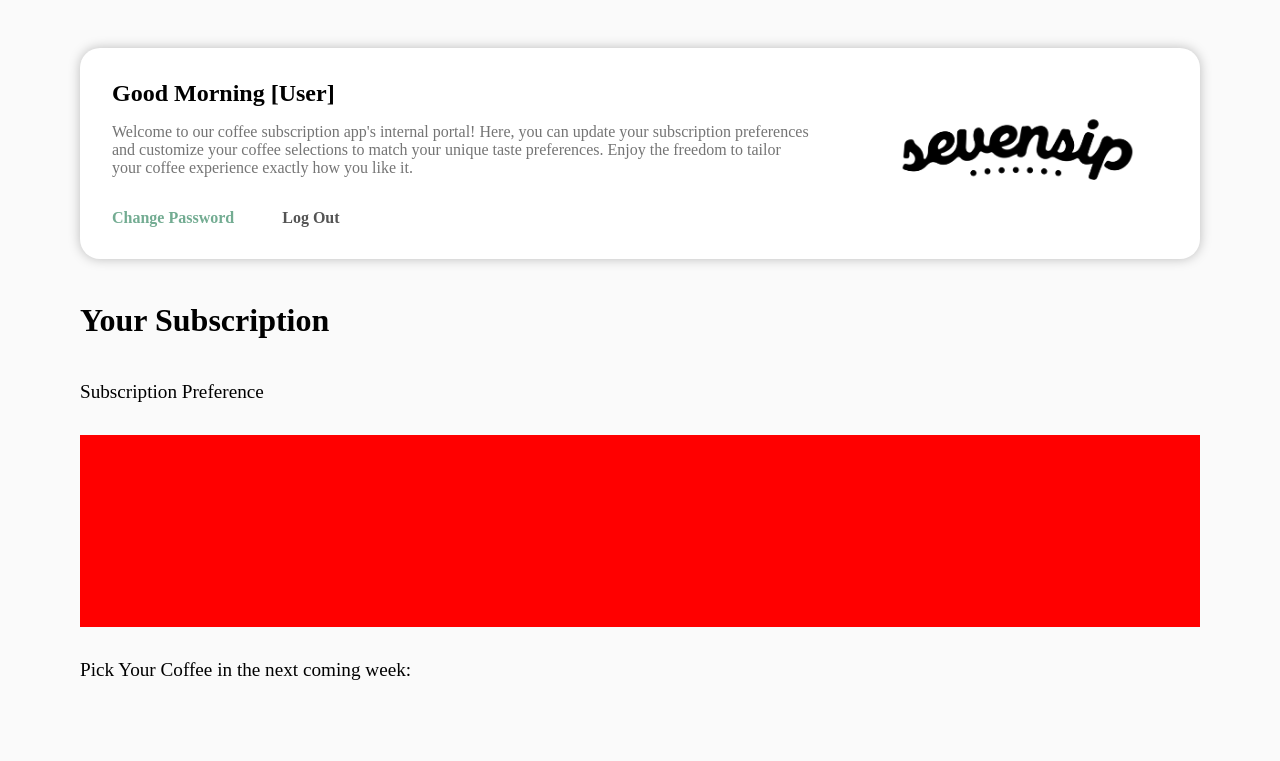
Repository: Haydenleung/COMP-4170-Final-Project
Page: http://localhost/main
The author's editor kept a copy of each file at every save. The page is drawn from the files as they stood at one save, then again after a run of saves.
The browser window is 1280 px wide. The pictures show the whole page.
The page is served by the project's Node server (app.js).

Above is the page before, as saved 2024-03-22 18:03:26.

After the next 2 saves:
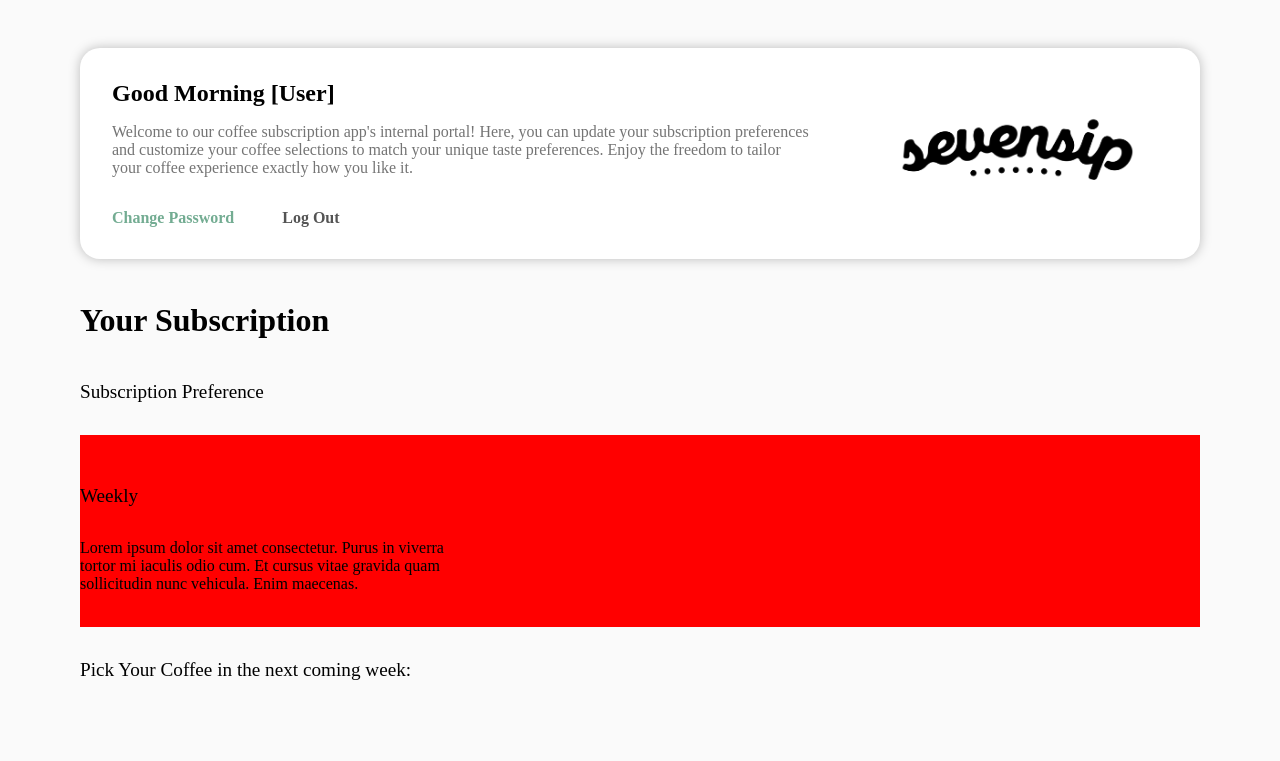
The 2 saves are shown as one change because they came seconds apart.
The last was saved 16 s later.
--- a/views/main.ejs
+++ b/views/main.ejs
@@ -27,7 +27,9 @@
                     <div class="sub-option">
                         <img class="tick" />
                         <img class="sub-icon" />
-
+                        <h5>Weekly</h5>
+                        <p>Lorem ipsum dolor sit amet consectetur. Purus in viverra tortor mi iaculis odio cum. Et
+                            cursus vitae gravida quam sollicitudin nunc vehicula. Enim maecenas.</p>
 
                     </div>
                     <div class="sub-option"></div>
